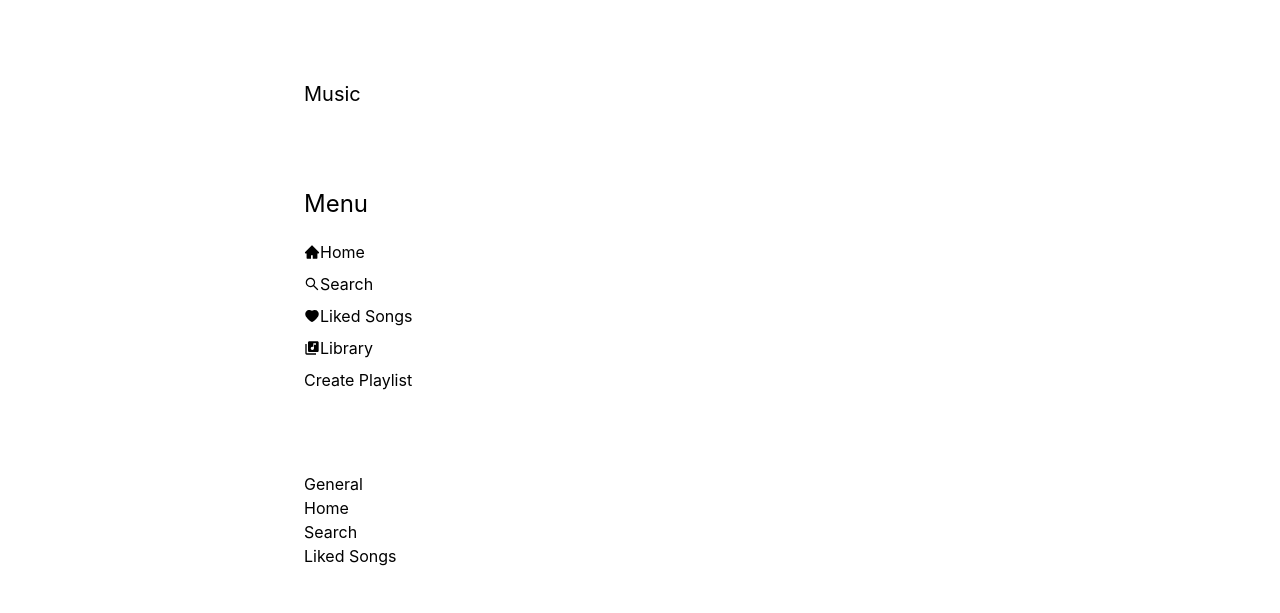
Repository: brandford7/music-player
Page: /
The author's editor kept a copy of each file at every save. The page is drawn from the files as they stood at one save, then again after the next save.
The browser window is 1280 px wide. The pictures show the whole page.
The project was rebuilt for these pictures with package versions that can differ from the ones it lists, and the page was loaded fresh each time. The framework's server and built-in components were replaced by stand-ins that run in the browser. Also part of the build but not shown: next.config.js.

Above is the page before, as saved 2022-11-18 11:13:53.

### pages/index.js
import Head from "next/head";
import Image from "next/image";
import { Sidebar } from "../components";

export default function Home() {
  return (
    <div className="flex mx-auto max-w-2xl my-20">
      <Head>
        <title>Music Player</title>
        <meta name="description" content="Generated by create next app" />
        <link rel="icon" href="/favicon.ico" />
      </Head>
      <aside>
        <Sidebar />
      </aside>
    </div>
  );
}

### styles/globals.css
@tailwind base;
@tailwind components;
@tailwind utilities;



html,
body {
  padding: 0;
  margin: 0;
  font-family: -apple-system, BlinkMacSystemFont, Segoe UI, Roboto, Oxygen,
    Ubuntu, Cantarell, Fira Sans, Droid Sans, Helvetica Neue, sans-serif;
}

a {
  color: inherit;
  text-decoration: none;
}

* {
  box-sizing: border-box;
}

@media (prefers-color-scheme: dark) {
  html {
    color-scheme: dark;
  }
  body {
    color: white;
    background: black;
  }
}

### components/index.js
export {default as Sidebar} from './Sidebar';

### components/Sidebar.jsx
import React from "react";
import { AiFillHome, AiOutlineSearch, AiFillHeart } from "react-icons/ai";
import { MdLibraryMusic } from "react-icons/md";

const Sidebar = () => {
  return (
    <div className="flex flex-col space-y-20">
      <section>
        <h1 className="text-xl">Music</h1>
      </section>
      <section>
        <h2 className='mb-5 text-2xl'>Menu</h2>
        <ul className="space-y-2">
          <li className="flex items-center ">
            <AiFillHome />
            Home
          </li>
          <li className="flex items-center ">
            <AiOutlineSearch />
            Search
          </li>
          <li className="flex items-center ">
            <AiFillHeart />
            Liked Songs
          </li>
          <li className="flex items-center ">
            <MdLibraryMusic />
            Library
          </li>
          <li className="flex items-center ">Create Playlist</li>
        </ul>
      </section>
      <section>
        <h2>General</h2>
        <ul className="">
          <li>Home</li>
          <li>Search</li>
          <li>Liked Songs</li>
        </ul>
      </section>
    </div>
  );
};

export default Sidebar;

Loaded but not shown: pages/_app.js (common file); tailwind.config.js (common file)

After the next save:
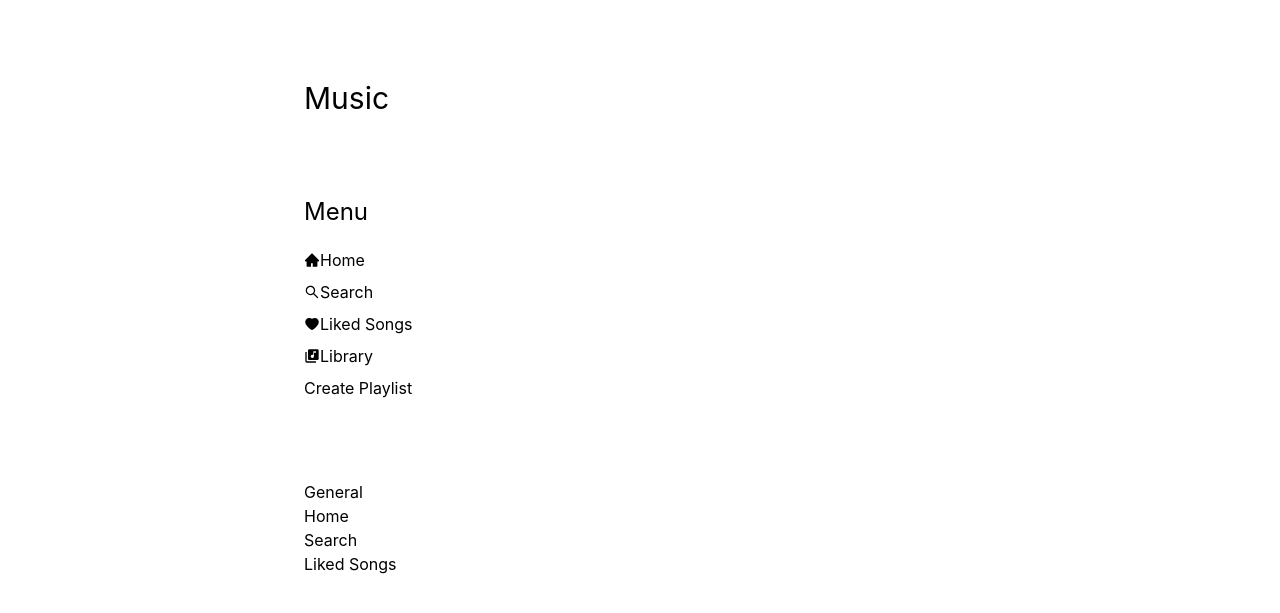
Saved 25 s later.
--- a/components/Sidebar.jsx
+++ b/components/Sidebar.jsx
@@ -6,7 +6,7 @@ const Sidebar = () => {
   return (
     <div className="flex flex-col space-y-20">
       <section>
-        <h1 className="text-xl">Music</h1>
+        <h1 className="text-3xl">Music</h1>
       </section>
       <section>
         <h2 className='mb-5 text-2xl'>Menu</h2>
